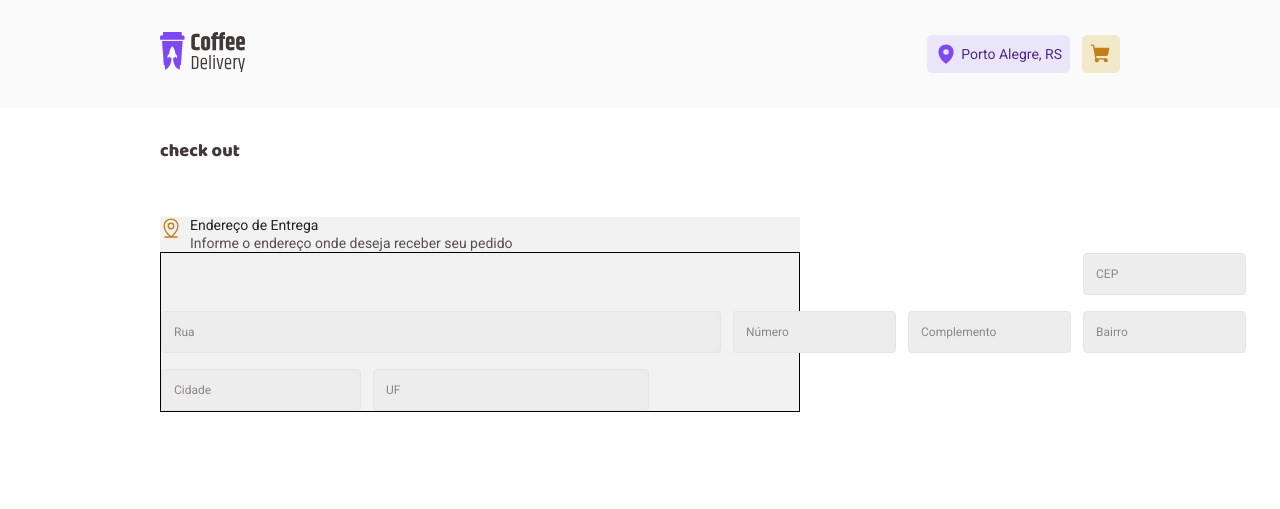
Repository: caueenrico/CoffeDelivery
Page: /checkout
These files come from the project's save history. The page is drawn as it stood at one moment and after the next save; the edit follows.
The browser window is 1280 px wide. The pictures show the whole page.
The project was rebuilt for these pictures with package versions that can differ from the ones it lists, and the page was loaded fresh each time. Also part of the build but not shown: vite.config.ts, src/components/CoffesOptions/styled.ts, src/components/CoffeCards/styles.ts, src/components/IpuntNumber/styles.ts, src/components/IpuntNumber/index.tsx, src/components/CartOfCard/styles.ts, src/components/CartOfCard/index.tsx, src/utils/formatMoney.ts and 4 more.

Above is the page before, as saved 2022-09-22 15:20:55.

### index.html
<!DOCTYPE html>
<html lang="en">
  <head>
    <meta charset="UTF-8" />

    <link rel="preconnect" href="https://fonts.googleapis.com" />
    <link rel="preconnect" href="https://fonts.gstatic.com" crossorigin />
    <link
      href="https://fonts.googleapis.com/css2?family=Baloo+2:wght@700;800&family=Roboto:wght@400;700&display=swap"
      rel="stylesheet"
    />

    <link rel="icon" type="image/svg+xml" href="/vite.svg" />
    <meta name="viewport" content="width=device-width, initial-scale=1.0" />
    <title>Vite + React + TS</title>
  </head>
  <body>
    <div id="root"></div>
    <script type="module" src="/src/main.tsx"></script>
  </body>
</html>

### src/App.tsx
import { BrowserRouter } from "react-router-dom";
import { ThemeProvider } from "styled-components";
import { Router } from "./Router";
import { defaultTheme } from "./styles/themes/default";
import { GlobalStyle } from "./styles/themes/global";

export function App() {
  return (
    <ThemeProvider theme={defaultTheme}>
      <BrowserRouter>
        <Router />
      </BrowserRouter>
      <GlobalStyle />
    </ThemeProvider>
  );
}

### src/Router.tsx
import { Routes, Route } from 'react-router-dom'
import { DefaultLayout } from './layouts/DefaultLayout'
import { CheckOut } from './pages/CheckOut'
import { Home } from './pages/Home'



export function Router() {
  return (
    <Routes>
      <Route path="/" element={<DefaultLayout />}>
        <Route path="/" element={<Home />} />
        <Route path="/checkout" element={<CheckOut />} />
      </Route>
    </Routes>
  )
}

### src/styles/themes/default.ts
export const defaultTheme = {
  white: '#FFFFFF',

  // PRODUTOS
  'yellow-dark': '#C47F17',
  'yellow': '#DBAC2C',
  'yellow-light': '#F1E9C9',

  'purple-dark': '#4B2995',
  'purple': '#8047F8',
  'purple-light': '#EBE5F9',

  //BASE
  'title':'#272221',
  'subtitle': '#403937',
  'text':'#574F4D',
  'label':'#8D8686',
  'hover':'#D7D5D5',
  'button':'#E6E5E5',
  'input':'#EDEDED',
  'card':'#F3F2F2',
  'background':'#FAFAFA'
}

### src/styles/themes/global.ts
import { createGlobalStyle } from "styled-components";


export const GlobalStyle = createGlobalStyle`
  *{
    margin: 0;
    padding: 0;
    box-sizing: border-box;
  }

  :focus{
    outline: 0;
  }

  body{
    -webkit-font-smoothing: antialiased;
  }

  body,input,textarea,button{
    font-family: 'Roboto', sans-serif;
    font-weight: 400;
    font-size: 1rem;
  }

  input::-webkit-outer-spin-button,
  input::-webkit-inner-spin-button {
    -webkit-appearance: none;
    margin: 0;
  }
  input[type="number"] {
    -moz-appearance: textfield;
  }

`

### src/layouts/DefaultLayout/index.tsx
import { Outlet } from 'react-router-dom'
import { Header } from '../../components/Header'
import { LayoutContainer } from './styles'

export function DefaultLayout() {
  return (
    <div>
      <LayoutContainer>
        <Header />
        <Outlet />
      </LayoutContainer>
    </div>
  )
}

### src/pages/CheckOut/index.tsx
import { MapPinLine } from "phosphor-react";
import { useTheme } from "styled-components";
import { TilteText } from "../Home/styles";
import { AddressForm } from "./AddresForm";
import { TextCheck } from "./components/TextosCheck";
import { AddressFormContainer, ContainerCheckOut } from "./styles";

export function CheckOut() {
  return (
    <>
      <TilteText>check out</TilteText>

      <ContainerCheckOut>
        <TextCheck
          icon={<MapPinLine size={22} color="#C47F17" />}
          title="Endereço de Entrega"
          subtitle="Informe o endereço onde deseja receber seu pedido"
        />

        <AddressForm />

      </ContainerCheckOut>
    </>
  );
}

### src/components/Header/index.tsx
import { HeaderContainer, NavHeaders } from "./styles";
import logo from '../assets/logo.svg';
import { Locations } from "../Locations";
import { Cart } from "../Cart";
import { NavLink } from "react-router-dom";


export function Header() {
  return (
    <HeaderContainer>
      <NavLink to='/'>
      <img src={logo} alt="" />
      </NavLink>

      <NavHeaders>
        <Locations />
        <NavLink to='/checkout'>
          <Cart/>
        </NavLink>
      </NavHeaders>
    </HeaderContainer>
  );
}

### src/layouts/DefaultLayout/styles.ts
import styled from 'styled-components'

export const LayoutContainer = styled.div`

`

### src/pages/Home/styles.ts
import Background from '../assets/Background.png'

import styled from "styled-components";

export const BannerContainer = styled.div`

display: flex;
align-items: center;
justify-content: space-between;

padding: 94px 160px;

background-image: url(${Background});
background-position: center;
background-repeat: no-repeat;
background-size: cover;

`

export const TextContainer = styled.div`
 max-width: 588px;

 h1{
  font-family: 'Baloo 2';
  font-style: normal;
  font-weight: 800;
  font-size: 48px;
  line-height: 130%;
  color: ${props => props.theme['title']}
 }

  span {
    font-family: 'Roboto';
    font-weight: 400;
    font-size: 20px;
    line-height: 130%;
    color: ${props => props.theme['subtitle']}
  }




`

export const Benefist = styled.div `

  margin-top: 66px;
  max-width: 567px;
  color: ${props => props.theme['text']};

  ul {
    list-style-type: none;
    display: flex;
    gap: 40px;

  }

  ul li{
    font-size: 16px;
    display: flex;
    align-items: center;
    margin-bottom: 20px;
    gap: 12px;


  }

  .test{
    width: 231px;
  }
`

export const ProductsContainer = styled.div`

  h1{
    font-family: 'Baloo 2';
    font-style: normal;
    font-weight: 800;
    font-size: 32px;
    line-height: 130%;

    margin-left: 160px;
    margin-top: 32px;
    margin-bottom: 54px;

    color:${props => props.theme['subtitle']}
  }



`

export const TilteText = styled.h1`
    font-family: 'Baloo 2';
    font-style: normal;
    font-weight: 800;
    font-size: 18px;
    line-height: 130%;

    margin-left: 160px;
    margin-top: 32px;
    margin-bottom: 54px;

    color:${props => props.theme['subtitle']}
`

### src/pages/CheckOut/AddresForm.tsx
import { InputForm } from "../../components/InpuitForm";
import { AddressFormContainer } from "./styles";



export function AddressForm(){
  return(
    <AddressFormContainer>
      <InputForm placeholder="CEP" type='number' className="cep"/>
      <InputForm placeholder="Rua" className="street"/>
      <InputForm placeholder="Número" type='number'/>
      <InputForm placeholder="Complemento" className="complemento"/>
      <InputForm placeholder="Bairro" />
      <InputForm placeholder="Cidade"/>
      <InputForm placeholder="UF"/>
    </AddressFormContainer>
  )
}

### src/pages/CheckOut/components/TextosCheck/index.tsx
import { ReactNode } from "react"
import { SectionTitleContainer } from "./styles"

interface TextCheckProps{
  title: string
  subtitle: string
  icon: ReactNode
}

export function TextCheck({title,subtitle,icon}: TextCheckProps){
  return(
    <SectionTitleContainer>
      {icon}
      <div>
        <h1>{title}</h1>
        <span>{subtitle}</span>
      </div>
    </SectionTitleContainer>
  )
}

### src/pages/CheckOut/styles.ts
import styled from "styled-components";

export const ContainerCheckOut = styled.div `

  margin-left: 160px;
  display: flex;
  flex-direction: column;
  max-width: 40rem;
  background: ${props => props.theme.card};
`

export const AddressFormContainer = styled.div`
  width: 100%;
  border: 1px solid black;
  display: grid;
  grid-template-columns: 12.5rem 17.25rem 3.75rem;
  column-gap: 0.75rem;
  row-gap: 1rem;
  grid-auto-flow: ;

  .cep{
    grid-column: spam 3;
    max-width: 12.5rem;
  }

  .street{
    grid-column: span 3;
  }

  .complemento {
    grid-column: span 2;
  }

`

### src/components/Header/styles.ts
import styled from "styled-components";

export const HeaderContainer = styled.div`

  min-height: 104px;

  display: flex;
  align-items: center;
  justify-content: space-between;

  padding: 32px 160px;

  background-color: ${props => props.theme['background']};

  position: sticky;
  top: 0;
  left: 0;
  z-index: 5;

`
export const NavHeaders = styled.nav`
  display: flex;
  gap: 12px;

`

### src/components/Locations/index.tsx
import { MapPin } from "phosphor-react";
import { LocationsContainer } from "./styles";


export function Locations (){

  return (
    <LocationsContainer>
        <MapPin size={22} weight='fill' color="#8047F8"/> Porto Alegre, RS
    </LocationsContainer>
  )
}

### src/components/Cart/index.tsx
import { ShoppingCart } from "phosphor-react";
import React from "react";
import { CartContainer } from "./styles";

export function Cart (){
  return(
    <CartContainer>
      <ShoppingCart size={22} weight='fill'/>
    </CartContainer>
  )
}

### src/components/InpuitForm/index.tsx
import { InputHTMLAttributes } from "react";
import { InputStyleContainer } from "./styles";

type InputProps = InputHTMLAttributes<HTMLInputElement>

export function InputForm({...props}:InputProps ){
  return(
    <InputStyleContainer {...props}/>
  )
}

### src/pages/CheckOut/components/TextosCheck/styles.ts
import styled from "styled-components";

export const SectionTitleContainer = styled.div`
  display: flex;
  gap: 0.5rem;

  div{
    h1{
      font-size: 0.875rem;
      font-weight: 400;
      color: ${props => props.theme.title};
    }
    span{
      font-size: 0.875rem;
      font-weight: 400;
      color: ${props => props.theme.text};
    }
  }

`

### src/components/Locations/styles.ts
import styled from "styled-components";

export const LocationsContainer = styled.div`
  border-radius: 5px;

  max-width: 143px;
  padding: 8px;
  font-size: 14px;

  background-color: ${props => props.theme['purple-light']};
  color: ${props => props.theme['purple-dark']};

  display: flex;
  justify-content: center;
  align-items: center;
  gap: 4px;



`

### src/components/Cart/styles.ts
import styled from "styled-components";

export const CartContainer = styled.button`
  max-width: 38px;
  max-height: 38px;
  border-radius: 5px;
  border: none;

  background-color: ${props => props.theme['yellow-light']};
  color: ${props => props.theme['yellow-dark']};

  display: flex;
  align-content: center;
  align-items: center;

  padding: 8px;

`

### src/components/InpuitForm/styles.ts
import styled from "styled-components";

export const InputStyleContainer = styled.input`
  height: 2.625rem;
  border-radius: 4px;
  border: 1px solid ${props => props.theme.button};
  background: ${props => props.theme.input};
  transition: 0.4s;

  &:focus{
    border-color: ${props => props.theme["yellow-dark"]};
  }

  color: ${props => props.theme["text"]};
  font-size: 00.75rem;
  padding: 0 0.75rem;

  &::placeholder{
    color: ${props => props.theme["label"]};
  }
`

Loaded but not shown: src/main.tsx (common file)

After the next save:
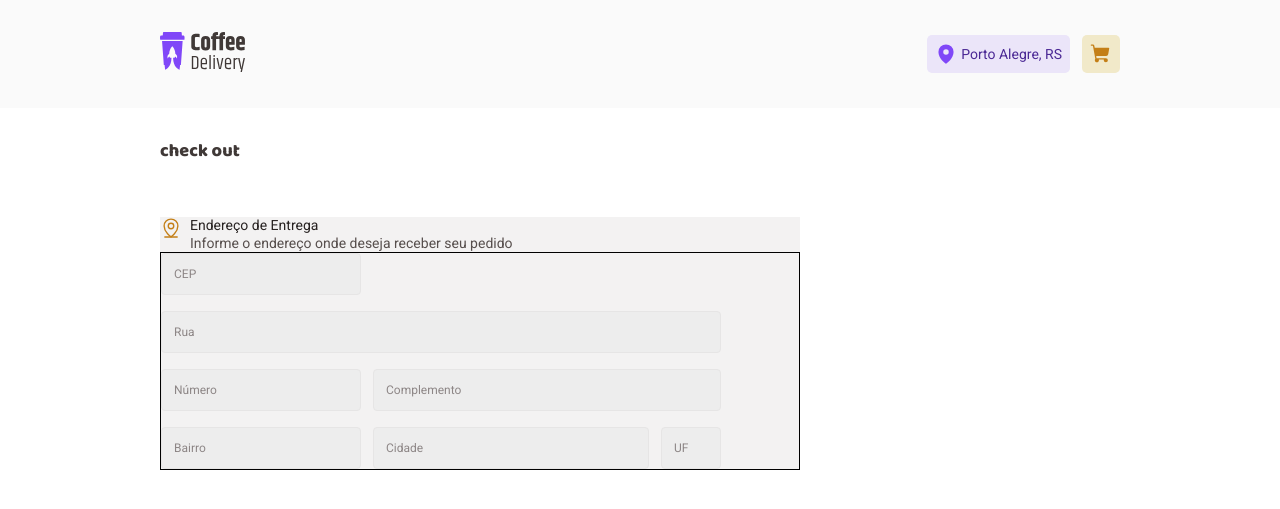
Saved 66 s later.
--- a/src/pages/CheckOut/styles.ts
+++ b/src/pages/CheckOut/styles.ts
@@ -19,7 +19,7 @@ export const AddressFormContainer = styled.div`
   grid-auto-flow: ;
 
   .cep{
-    grid-column: spam 3;
+    grid-column: span 3;
     max-width: 12.5rem;
   }
 
